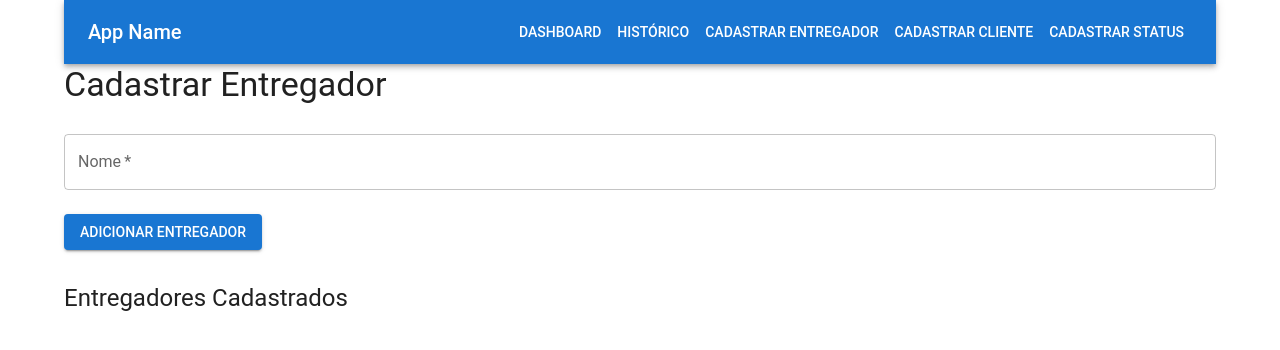
Repository: feliperanon/mobilegestao
Page: /add-entregador (app in frontend/)
An editor plug-in stored every save of this project. The page is shown before and after the next save, followed by the edit.
The browser window is 1280 px wide. The pictures show the whole page.
The page's requests for data from a server got no answer. The project was rebuilt for these pictures with package versions that can differ from the ones it lists, and the page was loaded fresh each time. No one was signed in, and anything a server would have sent is missing. Also part of the build but not shown: frontend/webpack.config.js, frontend/src/pages/Home.js, frontend/src/pages/History.js, frontend/src/pages/Analysis.js, frontend/src/components/Dashboard.js, frontend/src/components/Login.js, frontend/src/components/Register.js, frontend/src/components/AddCliente.js and 1 more.

Above is the page before, as saved 2024-07-14 19:52:43.

After the next save:
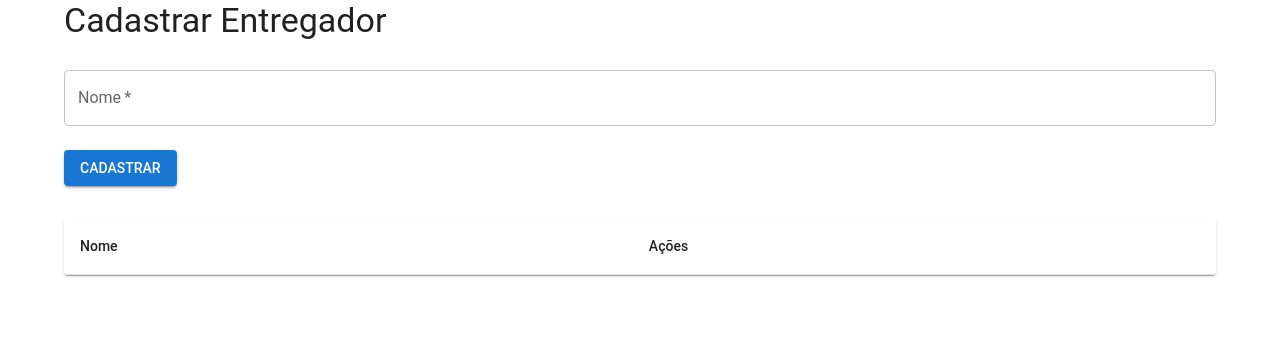
Saved 5 s later.
--- a/frontend/src/components/AddEntregador.js
+++ b/frontend/src/components/AddEntregador.js
@@ -2,43 +2,70 @@
 
 import React, { useState, useEffect } from 'react';
 import axios from 'axios';
-import { Container, Typography, TextField, Button, Box, List, ListItem, ListItemText } from '@mui/material';
-import Navigation from './Navigation';
+import { Container, Typography, TextField, Button, Box, Table, TableBody, TableCell, TableContainer, TableHead, TableRow, Paper, IconButton } from '@mui/material';
+import { Edit, Delete, Block } from '@mui/icons-material';
 
 const AddEntregador = () => {
   const [nome, setNome] = useState('');
   const [entregadores, setEntregadores] = useState([]);
-  const [message, setMessage] = useState('');
+  const [editingId, setEditingId] = useState(null);
+
+  const fetchEntregadores = async () => {
+    const res = await axios.get('http://localhost:5008/api/lists/entregadores');
+    setEntregadores(res.data);
+  };
 
   useEffect(() => {
-    const fetchEntregadores = async () => {
-      try {
-        const response = await axios.get('http://localhost:5008/api/lists/entregadores');
-        setEntregadores(response.data);
-      } catch (err) {
-        console.error('Erro ao buscar entregadores', err);
-      }
-    };
-
     fetchEntregadores();
   }, []);
 
   const handleSubmit = async (e) => {
     e.preventDefault();
     try {
-      const response = await axios.post('http://localhost:5008/api/lists/entregadores', { nome });
-      setEntregadores([...entregadores, response.data]);
+      if (editingId) {
+        await axios.put(`http://localhost:5008/api/lists/entregadores/${editingId}`, { nome });
+        setEditingId(null);
+      } else {
+        await axios.post('http://localhost:5008/api/lists/entregadores', { nome });
+      }
       setNome('');
-      setMessage('Entregador cadastrado com sucesso!');
+      fetchEntregadores();
+      alert('Entregador cadastrado/editado com sucesso!');
     } catch (err) {
-      setMessage('Erro ao adicionar entregador. Tente novamente.');
-      console.error('Erro ao adicionar entregador', err);
+      console.error(err);
+      alert('Erro ao cadastrar/editando entregador.');
+    }
+  };
+
+  const handleEdit = (id, currentNome) => {
+    setNome(currentNome);
+    setEditingId(id);
+  };
+
+  const handleDelete = async (id) => {
+    try {
+      await axios.delete(`http://localhost:5008/api/lists/entregadores/${id}`);
+      fetchEntregadores();
+      alert('Entregador excluído com sucesso!');
+    } catch (err) {
+      console.error(err);
+      alert('Erro ao excluir entregador.');
+    }
+  };
+
+  const handleDeactivate = async (id) => {
+    try {
+      await axios.patch(`http://localhost:5008/api/lists/entregadores/${id}/deactivate`);
+      fetchEntregadores();
+      alert('Entregador desativado com sucesso!');
+    } catch (err) {
+      console.error(err);
+      alert('Erro ao desativar entregador.');
     }
   };
 
   return (
     <Container>
-      <Navigation />
       <Typography variant="h4" component="h1" gutterBottom>
         Cadastrar Entregador
       </Typography>
@@ -52,20 +79,37 @@ const AddEntregador = () => {
           margin="normal"
         />
         <Button type="submit" variant="contained" color="primary" sx={{ mt: 2 }}>
-          Adicionar Entregador
+          {editingId ? 'Editar' : 'Cadastrar'}
         </Button>
-        {message && <Typography variant="body2" color="textSecondary">{message}</Typography>}
       </Box>
-      <Typography variant="h5" component="h2" gutterBottom>
-        Entregadores Cadastrados
-      </Typography>
-      <List>
-        {entregadores.map((entregador) => (
-          <ListItem key={entregador._id}>
-            <ListItemText primary={entregador.nome} />
-          </ListItem>
-        ))}
-      </List>
+      <TableContainer component={Paper}>
+        <Table>
+          <TableHead>
+            <TableRow>
+              <TableCell>Nome</TableCell>
+              <TableCell>Ações</TableCell>
+            </TableRow>
+          </TableHead>
+          <TableBody>
+            {entregadores.map((entregador) => (
+              <TableRow key={entregador._id}>
+                <TableCell>{entregador.nome}</TableCell>
+                <TableCell>
+                  <IconButton onClick={() => handleEdit(entregador._id, entregador.nome)}>
+                    <Edit />
+                  </IconButton>
+                  <IconButton onClick={() => handleDelete(entregador._id)}>
+                    <Delete />
+                  </IconButton>
+                  <IconButton onClick={() => handleDeactivate(entregador._id)}>
+                    <Block />
+                  </IconButton>
+                </TableCell>
+              </TableRow>
+            ))}
+          </TableBody>
+        </Table>
+      </TableContainer>
     </Container>
   );
 };
